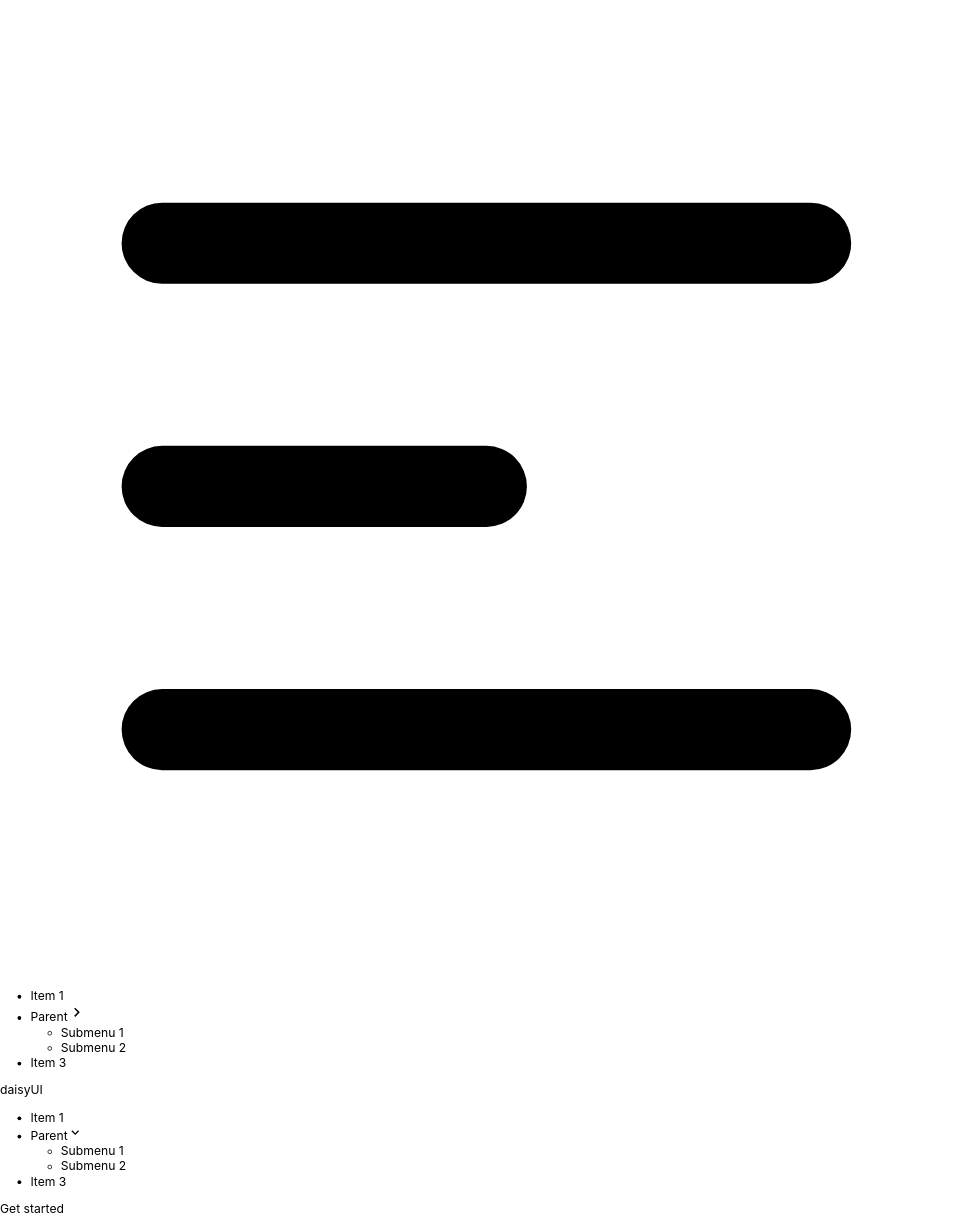
Repository: devsajid/car-manufacturer-app
Page: /
The author's editor kept a copy of each file at every save. The page is drawn from the files as they stood at one save, then again after the next save.
The browser window is 1280 px wide. The pictures show the whole page, at 76% of full size.
The project was rebuilt for these pictures with package versions that can differ from the ones it lists, and the page was loaded fresh each time. Also part of the build but not shown: src/App.css.

Above is the page before, as saved 2022-05-22 11:54:31.

### src/App.js
import "./App.css";
import Navbar from "./SharedComponents/Navbar/Navbar";

function App() {
  return (
    <div>
      <Navbar></Navbar>
    </div>
  );
}

export default App;

### src/SharedComponents/Navbar/Navbar.js
import React from "react";

const Navbar = () => {
  return (
    <div>
      <div class="navbar bg-neutral text-neutral-content">
        <div class="navbar-start">
          <div class="dropdown">
            <label tabindex="0" class="btn btn-ghost lg:hidden">
              <svg
                xmlns="http://www.w3.org/2000/svg"
                class="h-5 w-5"
                fill="none"
                viewBox="0 0 24 24"
                stroke="currentColor"
              >
                <path
                  stroke-linecap="round"
                  stroke-linejoin="round"
                  stroke-width="2"
                  d="M4 6h16M4 12h8m-8 6h16"
                />
              </svg>
            </label>
            <ul
              tabindex="0"
              class="menu menu-compact dropdown-content mt-3 p-2 shadow bg-base-100 rounded-box w-52"
            >
              <li>
                <a>Item 1</a>
              </li>
              <li tabindex="0">
                <a class="justify-between">
                  Parent
                  <svg
                    class="fill-current"
                    xmlns="http://www.w3.org/2000/svg"
                    width="24"
                    height="24"
                    viewBox="0 0 24 24"
                  >
                    <path d="M8.59,16.58L13.17,12L8.59,7.41L10,6L16,12L10,18L8.59,16.58Z" />
                  </svg>
                </a>
                <ul class="p-2">
                  <li>
                    <a>Submenu 1</a>
                  </li>
                  <li>
                    <a>Submenu 2</a>
                  </li>
                </ul>
              </li>
              <li>
                <a>Item 3</a>
              </li>
            </ul>
          </div>
          <a class="btn btn-ghost normal-case text-xl">daisyUI</a>
        </div>
        <div class="navbar-center hidden lg:flex">
          <ul class="menu menu-horizontal p-0">
            <li>
              <a>Item 1</a>
            </li>
            <li tabindex="0">
              <a>
                Parent
                <svg
                  class="fill-current"
                  xmlns="http://www.w3.org/2000/svg"
                  width="20"
                  height="20"
                  viewBox="0 0 24 24"
                >
                  <path d="M7.41,8.58L12,13.17L16.59,8.58L18,10L12,16L6,10L7.41,8.58Z" />
                </svg>
              </a>
              <ul class="p-2">
                <li>
                  <a>Submenu 1</a>
                </li>
                <li>
                  <a>Submenu 2</a>
                </li>
              </ul>
            </li>
            <li>
              <a>Item 3</a>
            </li>
          </ul>
        </div>
        <div class="navbar-end">
          <a class="btn">Get started</a>
        </div>
      </div>
    </div>
  );
};

export default Navbar;

Loaded but not shown: public/index.html (common file); src/index.js (common file); src/index.css (common file); src/reportWebVitals.js (common file)

After the next save:
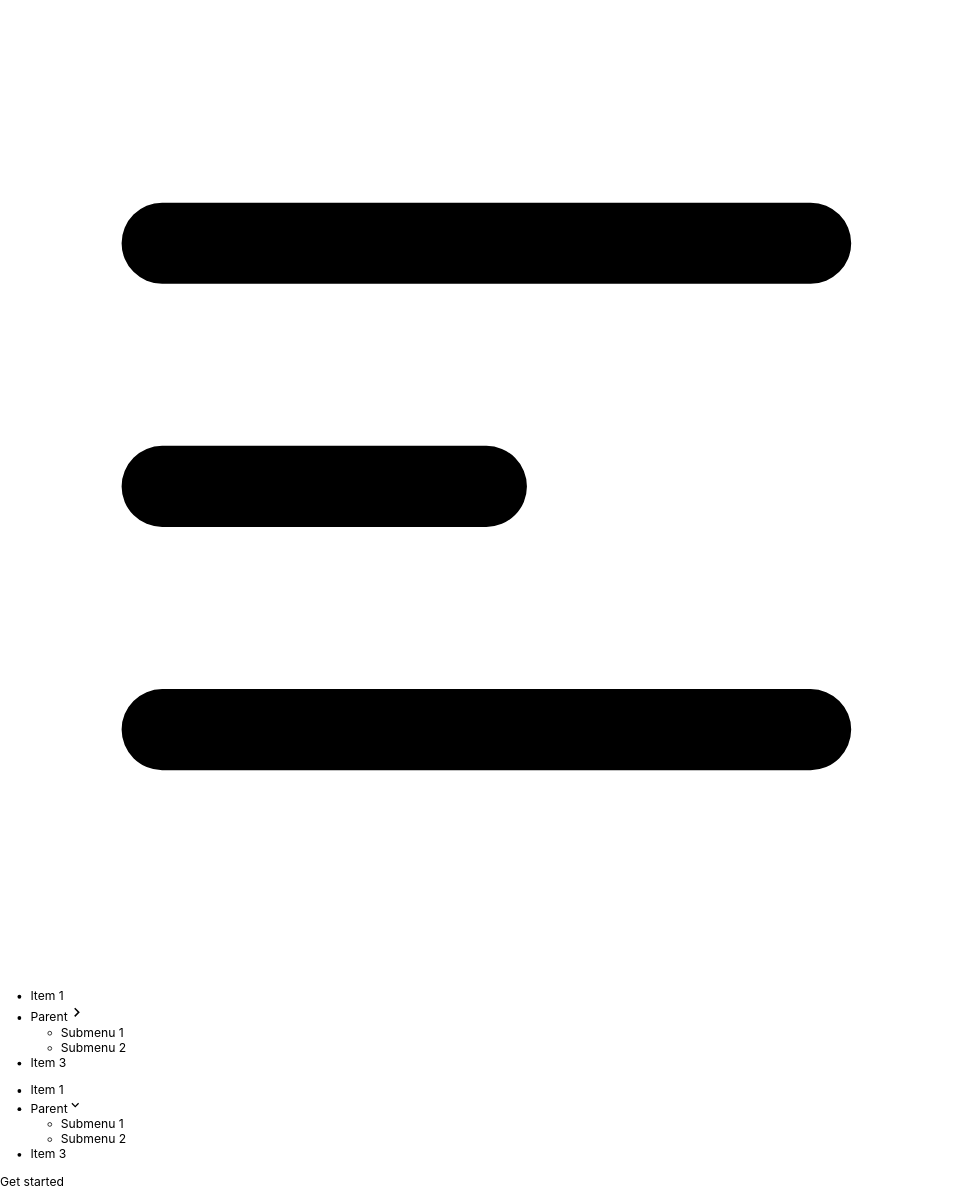
Saved 58 s later.
--- a/src/SharedComponents/Navbar/Navbar.js
+++ b/src/SharedComponents/Navbar/Navbar.js
@@ -56,7 +56,7 @@ const Navbar = () => {
               </li>
             </ul>
           </div>
-          <a class="btn btn-ghost normal-case text-xl">daisyUI</a>
+          <a class="btn btn-ghost normal-case text-xl"></a>
         </div>
         <div class="navbar-center hidden lg:flex">
           <ul class="menu menu-horizontal p-0">
